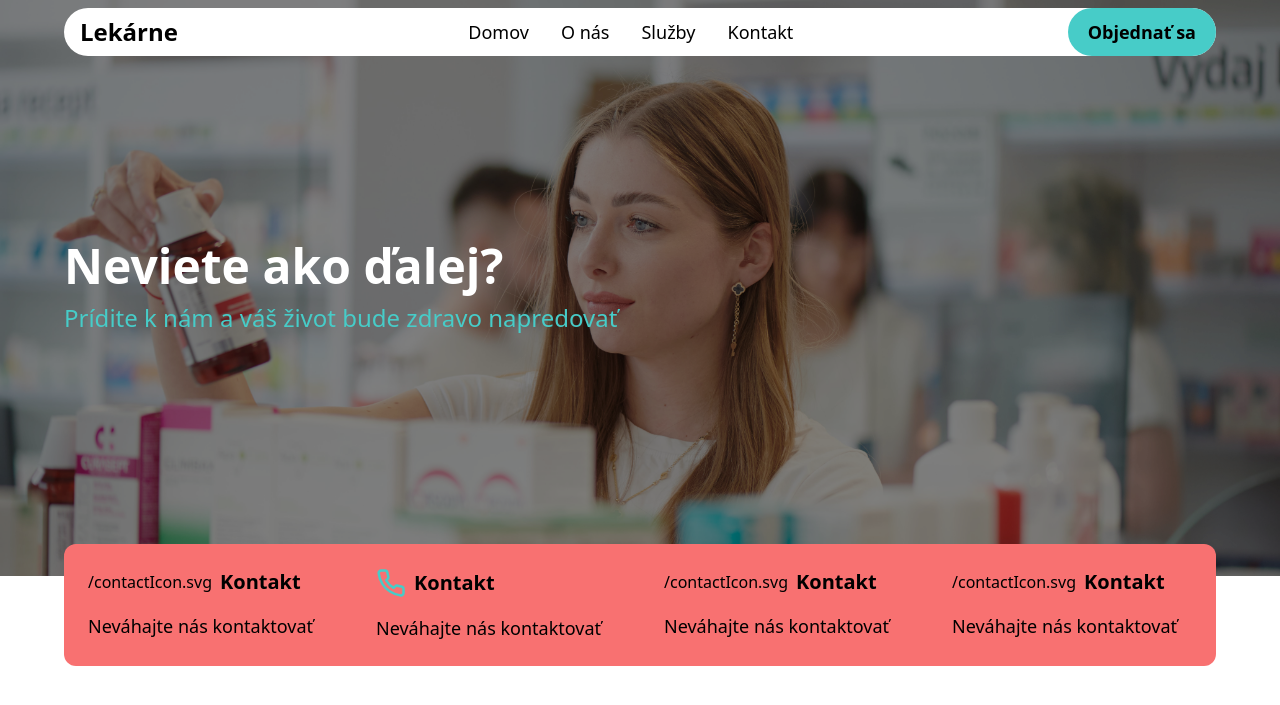
Repository: SimonSkoda13/Lekaren
Page: /
These files come from the project's save history. The page is drawn as it stood at one moment and after the next save; the edit follows.
The browser window is 1280 px wide. The pictures show the whole page.
The project was rebuilt for these pictures with package versions that can differ from the ones it lists, and the page was loaded fresh each time. The framework's server and built-in components were replaced by stand-ins that run in the browser. Also part of the build but not shown: next.config.js.

Above is the page before, as saved 2023-04-22 17:52:36.

### src/app/layout.tsx
import { Header } from "./components/Header/Header";
import "./globals.css";
import { Poppins } from "next/font/google";

export const metadata = {
  title: "Create Next App",
  description: "Generated by create next app",
};

export default function RootLayout({
  children,
}: {
  children: React.ReactNode;
}) {
  return (
    <html lang="en">
      <body className="bg-white min-h-[100vh]">
        <Header />
        <main>{children}</main>
        <footer></footer>
      </body>
    </html>
  );
}

### src/app/page.tsx
import Image from "next/image";
import { Inter } from "next/font/google";
import { HomeHero } from "./components/HomeHero/HomeHero";
import { Contact } from "./components/Contact/Contact";
import { Phone } from "lucide-react";

const inter = Inter({ subsets: ["latin"] });

// page with

export default function Home() {
  return (
    <>
      <HomeHero
        title={"Neviete ako ďalej?"}
        image={"/homeBanner.jpg"}
        description={"Prídite k nám a váš život bude zdravo napredovať"}
      />
      <Contact
        items={[
          {
            title: "Kontakt",
            description: "Neváhajte nás kontaktovať",
            icon: "/contactIcon.svg",
          },
          {
            title: "Kontakt",
            description: "Neváhajte nás kontaktovať",
            icon: <Phone size={30} className="stroke-primary" />,
          },
          {
            title: "Kontakt",
            description: "Neváhajte nás kontaktovať",
            icon: "/contactIcon.svg",
          },
          {
            title: "Kontakt",
            description: "Neváhajte nás kontaktovať",
            icon: "/contactIcon.svg",
          },
        ]}
      />
    </>
  );
}

### src/app/components/Header/Header.tsx
import Link from "next/link";
import React from "react";

export interface HeaderProps {}

export const Header = (props: HeaderProps) => {
  const {} = props;
  return (
    <header className="cntn fixed w-full top-2 z-10">
      <div className="flex bg-white rounded-full">
        <h1 className="py-2 px-4 text-2xl font-bold">Lekárne</h1>
        <div className="py-2 px-4 flex gap-8 items-center mx-auto text-lg font-medium">
          <Link href="/">Domov</Link>
          <Link href="/onas">O nás</Link>
          <Link href="/sluzby">Služby</Link>
          <Link href="/kontakt">Kontakt</Link>
        </div>
        {/* button order self */}
        <div className="flex justify-center items-center px-5 p-0 bg-primary rounded-full text-lg font-bold">
          <Link href="/order">Objednať sa</Link>
        </div>
      </div>
    </header>
  );
};

### src/app/globals.css
@tailwind base;
@tailwind components;
@tailwind utilities;

@layer components {
  .cntn {
    @apply mx-auto px-4  max-w-screen-xl md:px-16;
  }
}

### src/app/components/HomeHero/HomeHero.tsx
import Image from "next/image";
import React from "react";
import { ImageGradient } from "./ImageGradient/ImageGradient";

export interface HomeHeroProps {
  title: string;
  image: string;
  description: string;
}

export const HomeHero = (props: HomeHeroProps) => {
  const { title, image, description } = props;
  return (
    <section className="relative h-[80vh] z-0 px-0">
      <div className="w-full h-full absolute left-0 top-0 ">
        {/* make filter for image to odd brightness from top biggest to bottom lowest */}
        <ImageGradient>
          <Image
            src={image}
            alt="Next.js logo"
            fill
            style={{
              objectFit: "cover",
              objectPosition: "center",
            }}
          />
        </ImageGradient>
      </div>
      <div className="cntn relative gap-3 h-full flex justify-center flex-wrap flex-col z-10">
        <h1 className="text-5xl font-bold text-white">{title}</h1>
        <p className="text-2xl text-primary">{description}</p>
      </div>
    </section>
  );
};

### src/app/components/Contact/Contact.tsx
import { Phone } from "lucide-react";
import Image from "next/image";
import React, { ReactNode } from "react";

export interface ContactProps {
  items?: {
    title: string;
    description: string;
    icon: ReactNode;
  }[];
}

export const Contact = (props: ContactProps) => {
  const { items } = props;
  return (
    <section className="cntn z-10 relative top-[-2rem]">
      <div className="w-full grid grid-cols-2 md:grid-cols-4 items-start bg-red-400 rounded-xl">
        {items?.map((item) => (
          <div className="flex flex-col items-start gap-4 p-6">
            {/* <Image
            src={item.icon}
            alt={"contactIcon" + item.title}
            width={100}
            height={100}
          /> */}
            <div className="flex flex-row gap-2 items-center">
              {item.icon}
              <h2 className="text-xl font-bold">{item.title}</h2>
            </div>
            <p className="text-lg font-medium">{item.description}</p>
          </div>
        ))}
      </div>
    </section>
  );
};

### src/app/components/HomeHero/ImageGradient/ImageGradient.tsx
import React from "react";

export interface ImageGradientProps {
  children: React.ReactNode;
}

export const ImageGradient = (props: ImageGradientProps) => {
  const { children } = props;
  return (
    <div className="relative w-full h-full brightness-50 overflow-hidden z-10">
      <div className="absolute inset-0 z-10"></div>
      {children}
    </div>
  );
};

### tailwind.config.js
/** @type {import('tailwindcss').Config} */
module.exports = {
  content: [
    "./src/pages/**/*.{js,ts,jsx,tsx,mdx}",
    "./src/components/**/*.{js,ts,jsx,tsx,mdx}",
    "./src/app/**/*.{js,ts,jsx,tsx,mdx}",
  ],
  theme: {
    extend: {
      colors: {
        primary: "#47CCC8",
        secondary: "#2D3663",
      },
    },
  },
  plugins: [],
};

After the next save:
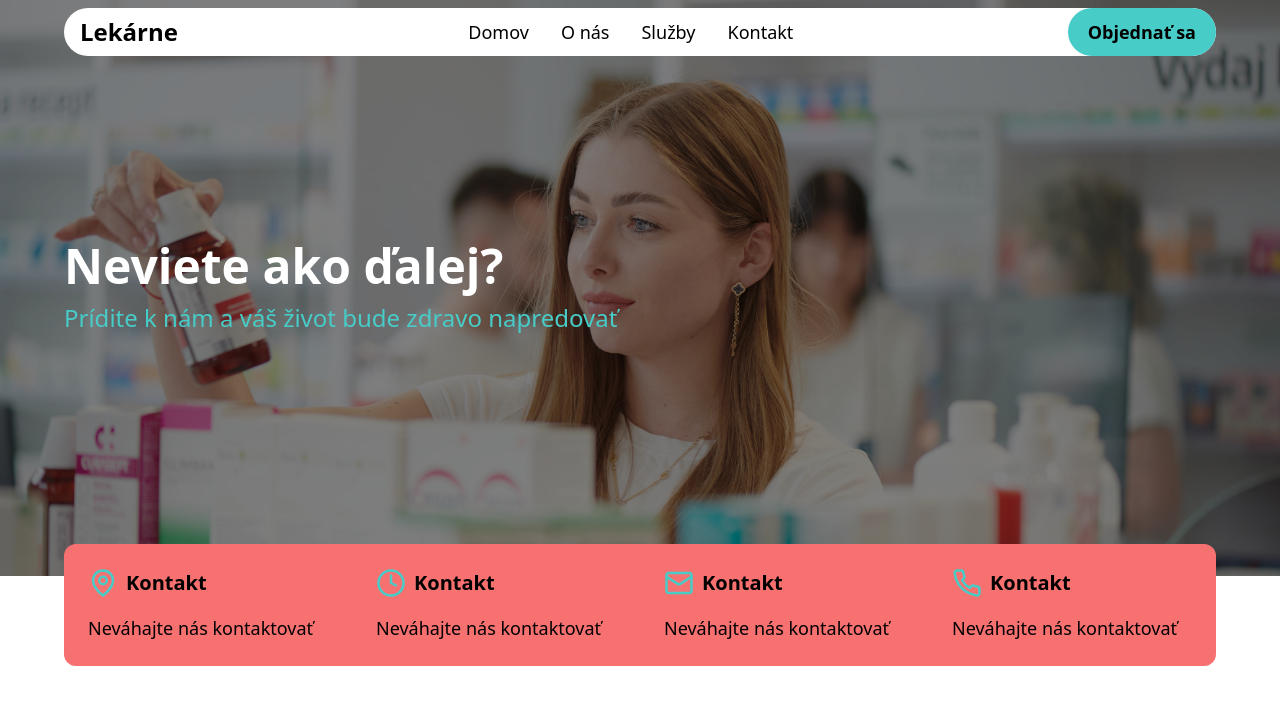
Saved 2 min 58 s later.
--- a/src/app/page.tsx
+++ b/src/app/page.tsx
@@ -2,7 +2,7 @@ import Image from "next/image";
 import { Inter } from "next/font/google";
 import { HomeHero } from "./components/HomeHero/HomeHero";
 import { Contact } from "./components/Contact/Contact";
-import { Phone } from "lucide-react";
+import { Phone, MapPin, Clock4, Mail } from "lucide-react";
 
 const inter = Inter({ subsets: ["latin"] });
 
@@ -21,23 +21,23 @@ export default function Home() {
           {
             title: "Kontakt",
             description: "Neváhajte nás kontaktovať",
-            icon: "/contactIcon.svg",
+            icon: <MapPin size={30} className="stroke-primary" />,
+          },
+          {
+            title: "Kontakt",
+            description: "Neváhajte nás kontaktovať",
+            icon: <Clock4 size={30} className="stroke-primary" />,
+          },
+          {
+            title: "Kontakt",
+            description: "Neváhajte nás kontaktovať",
+            icon: <Mail size={30} className="stroke-primary" />,
           },
           {
             title: "Kontakt",
             description: "Neváhajte nás kontaktovať",
             icon: <Phone size={30} className="stroke-primary" />,
           },
-          {
-            title: "Kontakt",
-            description: "Neváhajte nás kontaktovať",
-            icon: "/contactIcon.svg",
-          },
-          {
-            title: "Kontakt",
-            description: "Neváhajte nás kontaktovať",
-            icon: "/contactIcon.svg",
-          },
         ]}
       />
     </>
